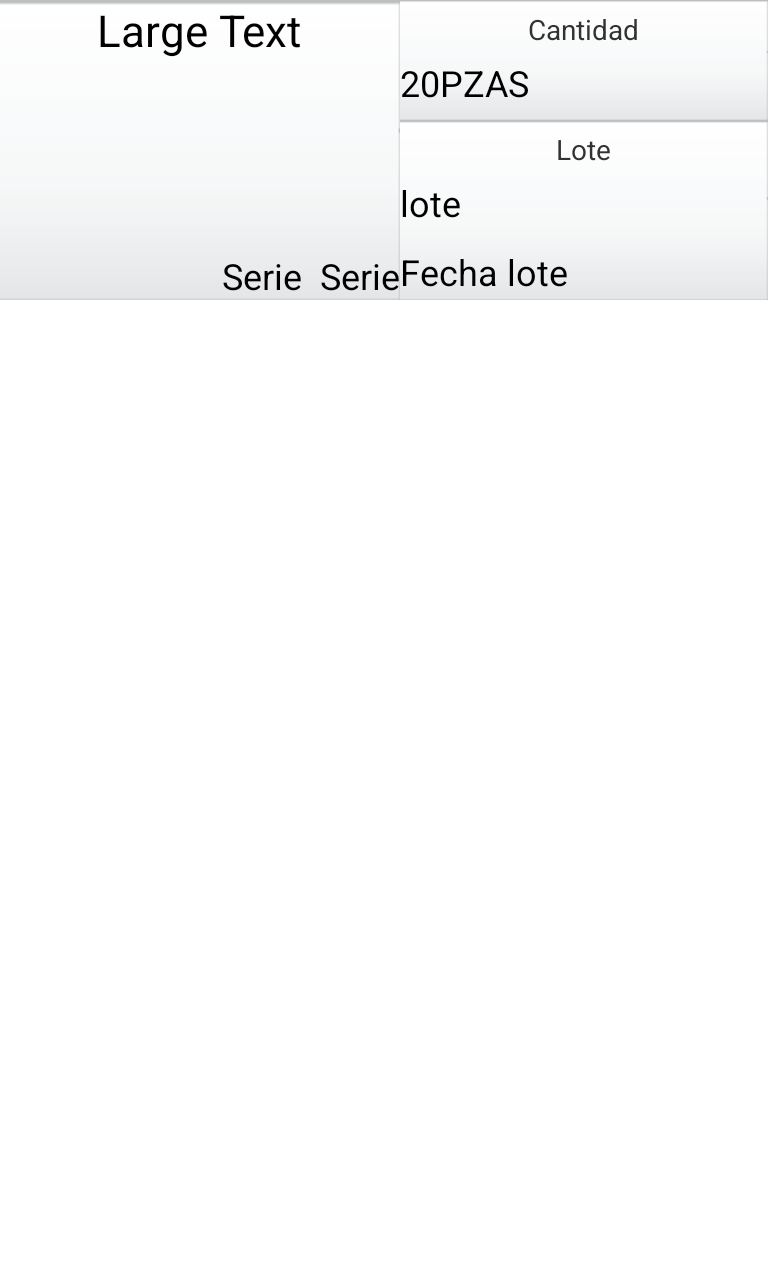
Repository: moynard/PeanutAndroid
Layout: WHSStorekeeper/res/layout/detail_arrivados.xml
These files come from the project's save history. The layout is drawn as it stood at one moment and after a run of saves; the edit follows.
It is drawn on a 768 x 1280 px phone screen (xhdpi) without system bars, with theme AppTheme; the app's code is not run.

Above is the layout before, as saved 2013-07-25 00:21:33.

After the next 2 saves:
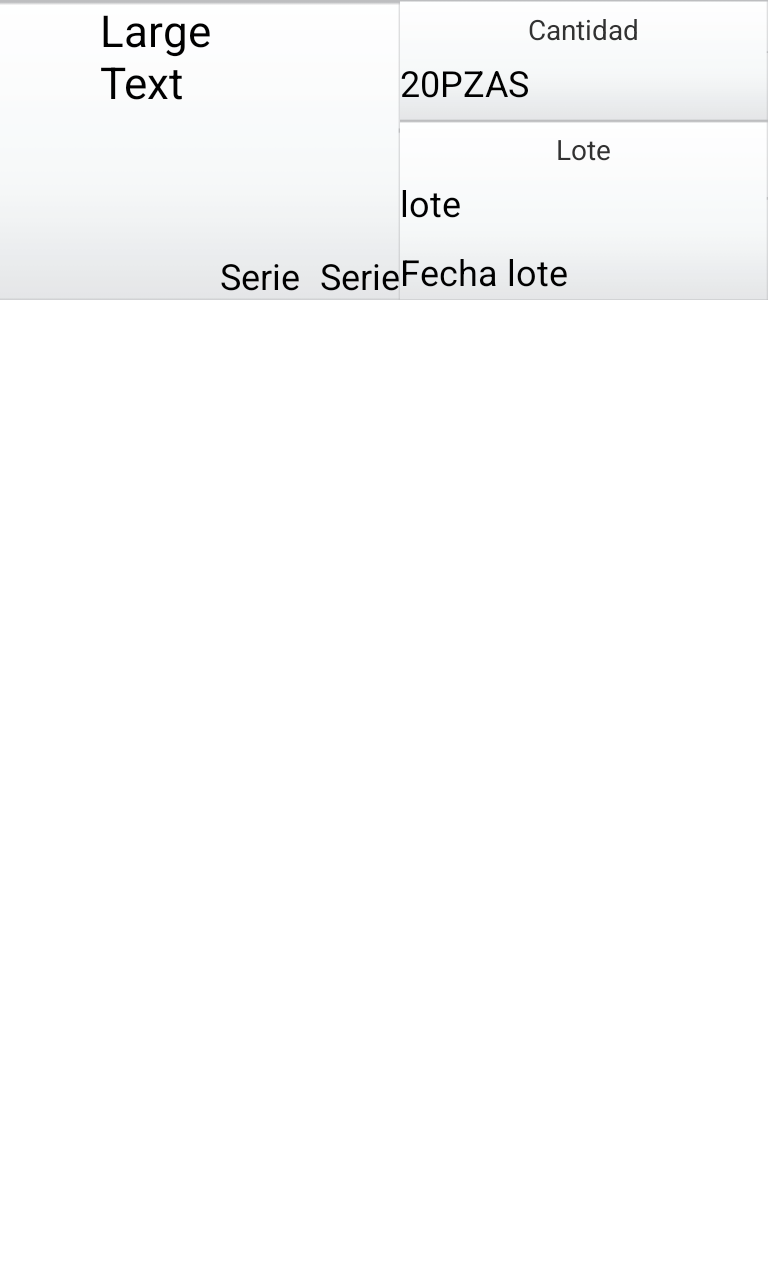
The 2 saves are shown as one change because they came seconds apart.
The last was saved 12 s later.
--- a/WHSStorekeeper/res/layout/detail_arrivados.xml
+++ b/WHSStorekeeper/res/layout/detail_arrivados.xml
@@ -15,7 +15,7 @@
 
         <TextView
             android:id="@+id/txtProducto"
-            android:layout_width="wrap_content"
+            android:layout_width="100dp"
             android:layout_height="wrap_content"
             android:layout_below="@+id/lblProducto"
             android:layout_centerHorizontal="true"
